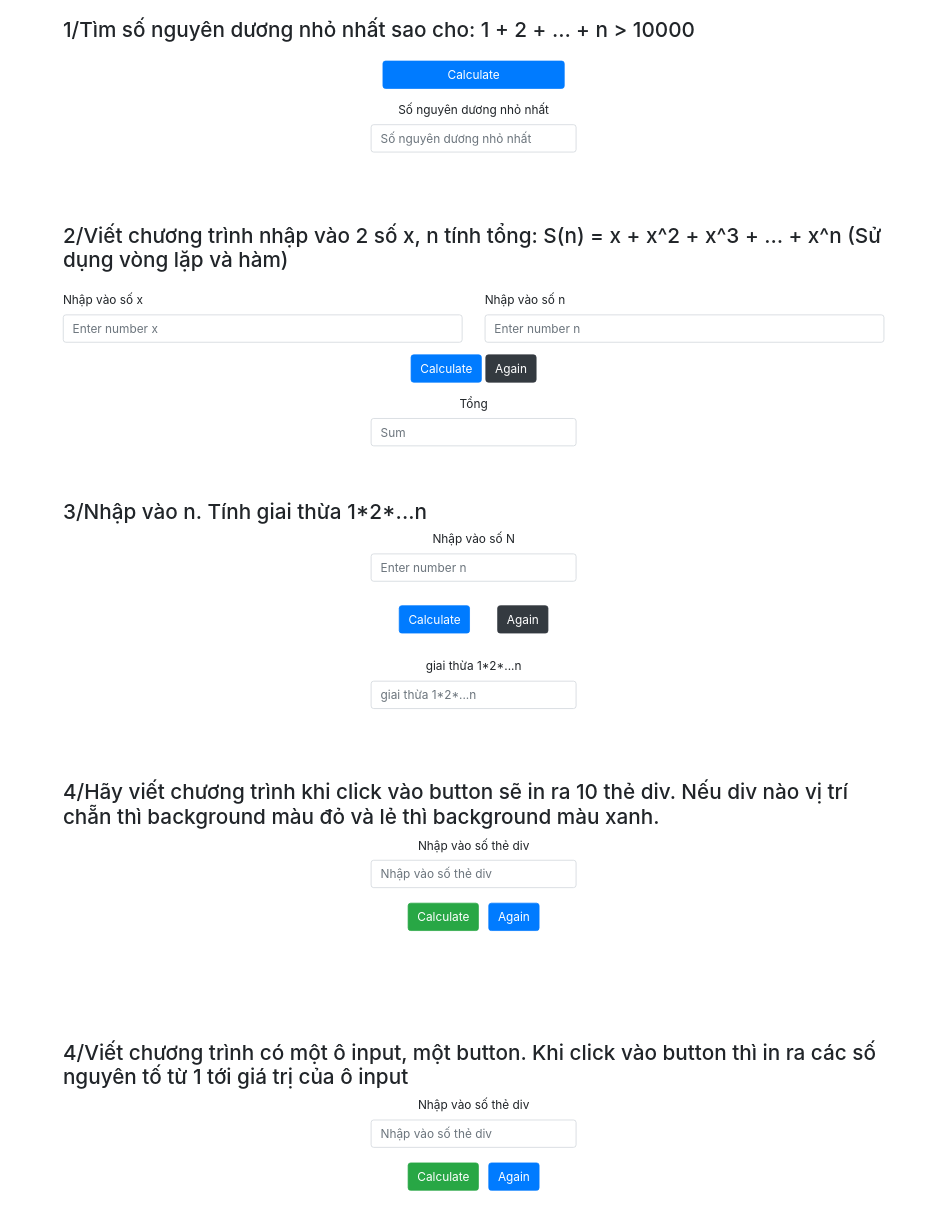
Repository: baobaodeveloper/bootcamp21__loop__HuynhAnhBao
Page: index.html
An editor plug-in stored every save of this project. The page is shown before and after the next save, followed by the edit.
The browser window is 1280 px wide. The pictures show the whole page, at 74% of full size.

Above is the page before, as saved 2022-03-17 19:42:41.

### index.html
<!DOCTYPE html>
<html lang="en">
  <head>
    <title>Exercise Js</title>
    <!-- Required meta tags -->
    <meta charset="utf-8" />
    <meta
      name="viewport"
      content="width=device-width, initial-scale=1, shrink-to-fit=no"
    />

    <!-- Bootstrap CSS -->
    <link
      rel="stylesheet"
      href="https://stackpath.bootstrapcdn.com/bootstrap/4.3.1/css/bootstrap.min.css"
      integrity="sha384-ggOyR0iXCbMQv3Xipma34MD+dH/1fQ784/j6cY/iJTQUOhcWr7x9JvoRxT2MZw1T"
      crossorigin="anonymous"
    />
  </head>
  <body>
    <!--1/Tìm số nguyên dương nhỏ nhất sao cho:
    1 + 2 + … + n > 10000-->
    <div class="container mt-4">
      <h3>1/Tìm số nguyên dương nhỏ nhất sao cho: 1 + 2 + … + n > 10000</h3>
      <div class="mb-3 flex-md-column d-flex w-25 m-auto text-center">
        <button type="button" id="min-number" class="btn btn-primary m-3">
          Calculate
        </button>
        <label class="form-label">Số nguyên dương nhỏ nhất</label>
        <input
          type="text"
          class="form-control"
          id="result1"
          placeholder="Số nguyên dương nhỏ nhất"
        />
      </div>
    </div>

    <!--2/Viết chương trình nhập vào 2 số x, n tính tổng: S(n) = x + x^2 + x^3 + … + x^n (Sử
    dụng vòng lặp và hàm)-->
    <div class="container mt-5 pt-5">
      <h3>
        2/Viết chương trình nhập vào 2 số x, n tính tổng: S(n) = x + x^2 + x^3 +
        … + x^n (Sử dụng vòng lặp và hàm)
      </h3>
      <div class="row mt-4">
        <div class="col">
          <label class="form-label">Nhập vào số x</label>
          <input
            type="number"
            class="form-control"
            placeholder="Enter number x"
            id="number-x"
          />
        </div>
        <div class="col">
          <label class="form-label">Nhập vào số n</label>
          <input
            type="number"
            class="form-control"
            placeholder="Enter number n"
            id="number-n"
          />
        </div>
      </div>

      <div class="m-3 text-center">
        <button type="button" id="calculate-sum" class="btn btn-primary">
          Calculate
        </button>
        <button type="button" id="calculate-sum-again" class="btn btn-dark">
          Again
        </button>
      </div>

      <div class="w-25 m-auto text-center">
        <label class="form-label">Tổng</label>
        <input
          type="text"
          class="form-control"
          id="result2"
          placeholder="Sum"
        />
      </div>
    </div>

    <!--3/Nhập vào n. Tính giai thừa 1*2*...n-->
    <div class="container mt-4 pt-5">
      <h3>3/Nhập vào n. Tính giai thừa 1*2*...n</h3>
      <div class="w-25 m-auto text-center">
        <label class="form-label">Nhập vào số N</label>
        <input
          type="email"
          class="form-control"
          id="num-enter"
          placeholder="Enter number n"
        />
      </div>
      <div class="mb-3 flex-md-column d-flex w-25 m-auto text-center">
        <div class="m-3">
          <button
            type="button"
            id="calculate-num-n"
            class="btn btn-primary m-3"
          >
            Calculate
          </button>
          <button
            type="button"
            id="calculate-num-n-again"
            class="btn btn-dark m-3"
          >
            Again
          </button>
        </div>
        <label class="form-label">giai thừa 1*2*...n</label>
        <input
          type="text"
          class="form-control"
          id="result3"
          placeholder="giai thừa 1*2*...n"
        />
      </div>
    </div>

    <!--4/Hãy viết chương trình khi click vào button sẽ in ra 10 thẻ div. Nếu div nào vị trí chẵn thì
    background màu đỏ và lẻ thì background màu xanh.-->
    <div class="container mt-5 pt-5">
      <h3>
        4/Hãy viết chương trình khi click vào button sẽ in ra 10 thẻ div. Nếu
        div nào vị trí chẵn thì background màu đỏ và lẻ thì background màu xanh.
      </h3>
      <div class="mb-3 flex-md-column d-flex w-25 m-auto text-center">
        <label class="form-label">Nhập vào số thẻ div</label>
        <input
          type="number"
          class="form-control"
          id="number-div"
          placeholder="Nhập vào số thẻ div"
        />
      </div>
      <div class="text-center mt-3">
        <button type="button" id="creat-div" class="btn btn-success m-1">
          Calculate
        </button>
        <button type="button" id="creat-div-again" class="btn btn-primary m-1">
          Again
        </button>
      </div>
      <div
        id="result4"
        class="mt-5 d-flex flex-column justify-content-center align-items-center"
      ></div>
    </div>

    <!-- 5/ Viết chương trình có một ô input, một button. Khi click vào button thì in ra các số nguyên
    tố từ 1 tới giá trị của ô input-->
    <div class="container mt-5 pt-5">
      <h3>
        4/Viết chương trình có một ô input, một button. Khi click vào button thì
        in ra các số nguyên tố từ 1 tới giá trị của ô input
      </h3>
      <div class="mb-3 flex-md-column d-flex w-25 m-auto text-center">
        <label class="form-label">Nhập vào số thẻ div</label>
        <input
          type="number"
          class="form-control"
          id="number-div"
          placeholder="Nhập vào số thẻ div"
        />
      </div>
      <div class="text-center mt-3">
        <button type="button" id="creat-div" class="btn btn-success m-1">
          Calculate
        </button>
        <button type="button" id="creat-div-again" class="btn btn-primary m-1">
          Again
        </button>
      </div>
      <div
        id="result4"
        class="mt-5 d-flex flex-column justify-content-center align-items-center"
      ></div>
    </div>

    <!-- Optional JavaScript -->
    <!-- jQuery first, then Popper.js, then Bootstrap JS -->
    <script
      src="https://code.jquery.com/jquery-3.3.1.slim.min.js"
      integrity="sha384-q8i/X+965DzO0rT7abK41JStQIAqVgRVzpbzo5smXKp4YfRvH+8abtTE1Pi6jizo"
      crossorigin="anonymous"
    ></script>
    <script
      src="https://cdnjs.cloudflare.com/ajax/libs/popper.js/1.14.7/umd/popper.min.js"
      integrity="sha384-UO2eT0CpHqdSJQ6hJty5KVphtPhzWj9WO1clHTMGa3JDZwrnQq4sF86dIHNDz0W1"
      crossorigin="anonymous"
    ></script>
    <script
      src="https://stackpath.bootstrapcdn.com/bootstrap/4.3.1/js/bootstrap.min.js"
      integrity="sha384-JjSmVgyd0p3pXB1rRibZUAYoIIy6OrQ6VrjIEaFf/nJGzIxFDsf4x0xIM+B07jRM"
      crossorigin="anonymous"
    ></script>

    <!-- <script src="exercise1.js"></script> -->
    <!-- <script src="exercise2.js"></script> -->
    <!-- <script src="exercise3.js"></script> -->
    <script src="exercise4.js"></script>
  </body>
</html>

### exercise4.js
const numDiv = document.getElementById("number-div");
const result4 = document.getElementById("result4");

document.getElementById("creat-div").addEventListener("click", () => {
  if (!numDiv.value) return;

  const numDivValue = +numDiv.value;
  const redDiv = `<div style="height: 50px; width: 200px; background-color: red ; margin: 10px 0"></div>`;
  const blueDiv = `<div style="height: 50px; width: 200px; background-color: blue;"></div>`;

  for (let i = 1; i <= numDivValue; i++) {
    if (i % 2 === 0) {
      result4.insertAdjacentHTML("afterbegin", redDiv);
    } else {
      result4.insertAdjacentHTML("afterbegin", blueDiv);
    }
  }
});

document.getElementById("creat-div-again").addEventListener("click", () => {
  result4.innerHTML = "";
  numDiv.value = "";
});

After the next save:
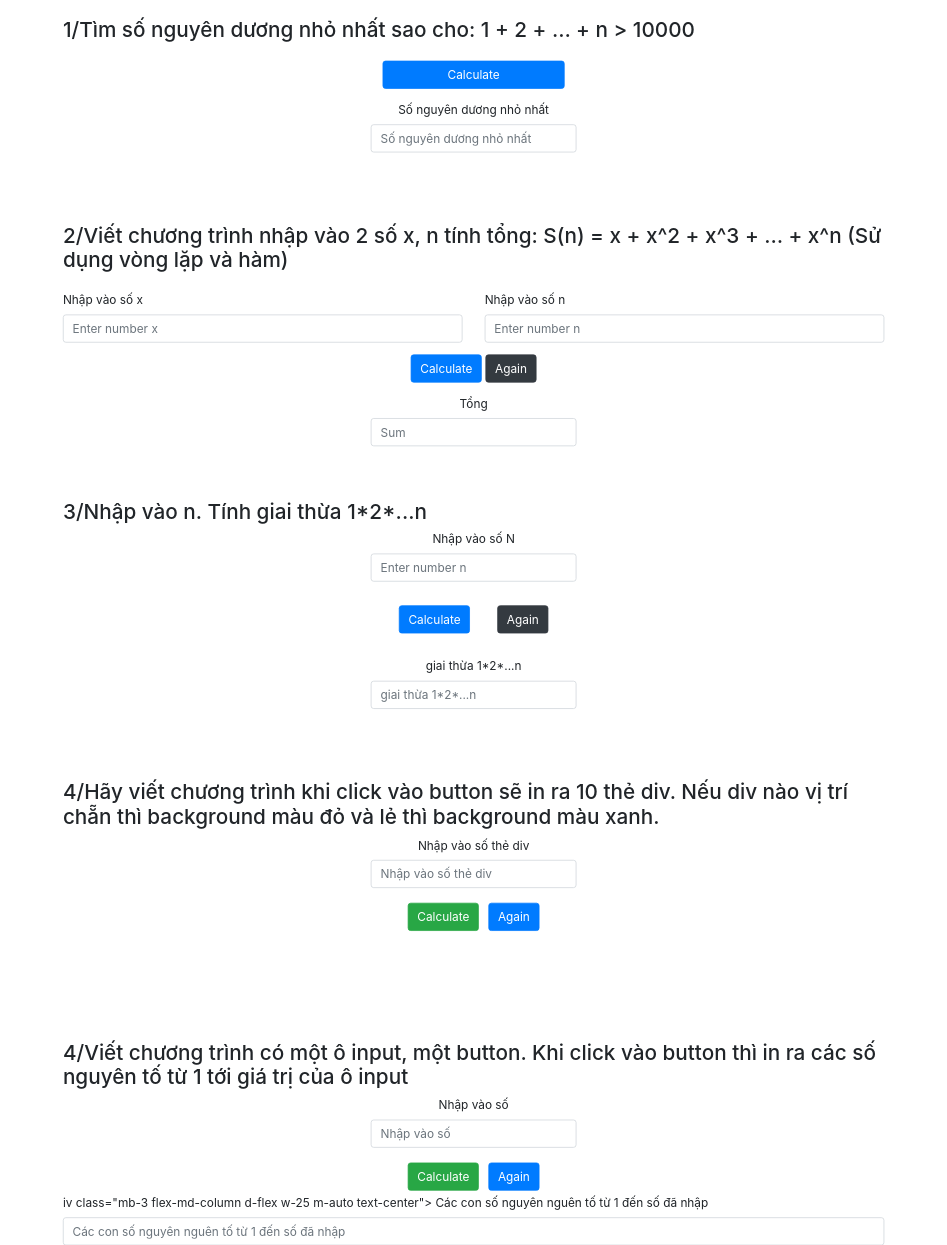
Saved 2 min 58 s later.
--- a/index.html
+++ b/index.html
@@ -161,26 +161,31 @@
         in ra các số nguyên tố từ 1 tới giá trị của ô input
       </h3>
       <div class="mb-3 flex-md-column d-flex w-25 m-auto text-center">
-        <label class="form-label">Nhập vào số thẻ div</label>
+        <label class="form-label">Nhập vào số</label>
         <input
           type="number"
           class="form-control"
-          id="number-div"
-          placeholder="Nhập vào số thẻ div"
+          id="number-prime"
+          placeholder="Nhập vào số"
         />
       </div>
       <div class="text-center mt-3">
-        <button type="button" id="creat-div" class="btn btn-success m-1">
-          Calculate
-        </button>
-        <button type="button" id="creat-div-again" class="btn btn-primary m-1">
+        <button type="button" id="calculate-prime" class="btn btn-success m-1">
+          Calculate
+        </button>
+        <button type="button" id="calculate-prime-again" class="btn btn-primary m-1">
           Again
         </button>
       </div>
-      <div
-        id="result4"
-        class="mt-5 d-flex flex-column justify-content-center align-items-center"
-      ></div>
+      iv class="mb-3 flex-md-column d-flex w-25 m-auto text-center">
+      <label class="form-label">Các con số nguyên nguên tố từ 1 đến số đã nhập</label>
+      <input
+        type="number"
+        class="form-control"
+        id="result5"
+        placeholder="Các con số nguyên nguên tố từ 1 đến số đã nhập"
+      />
+    </div>
     </div>
 
     <!-- Optional JavaScript -->
